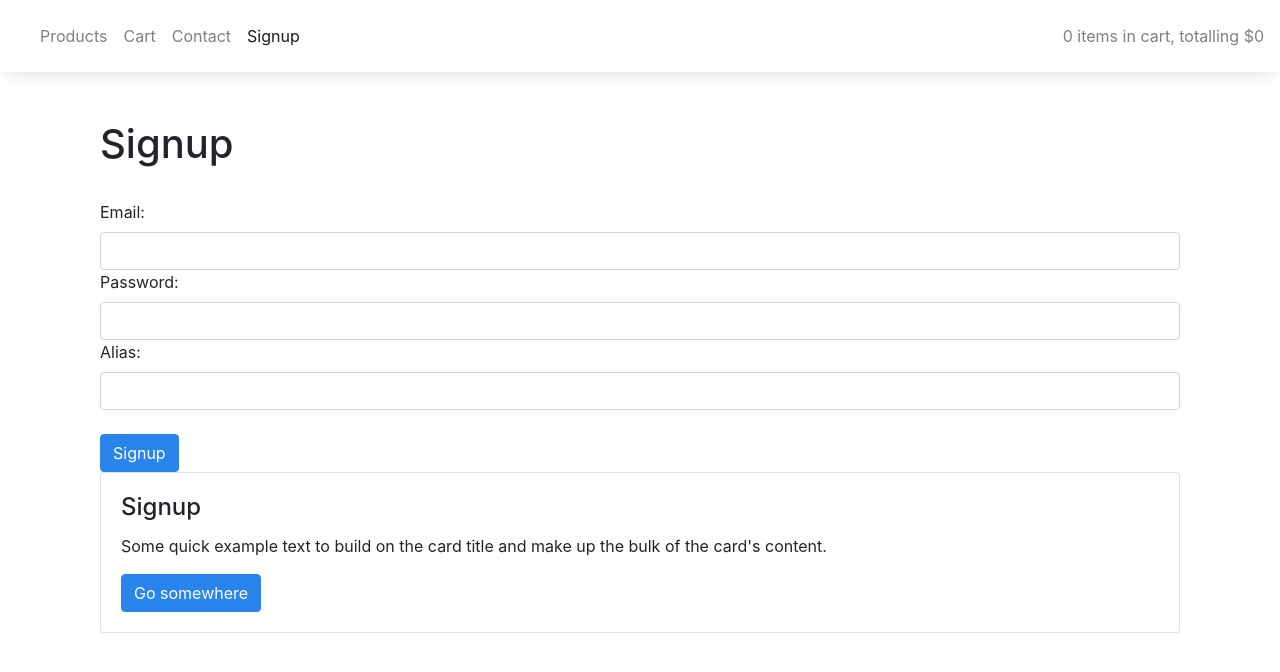
Repository: dayrim/wavecraft
Page: /signup
These files come from the project's save history. The page is drawn as it stood at one moment and after the next save; the edit follows.
The browser window is 1280 px wide. The pictures show the whole page.
The project was rebuilt for these pictures with package versions that can differ from the ones it lists, and the page was loaded fresh each time. Also part of the build but not shown: vue.config.js.

Above is the page before, as saved 2019-04-22 16:06:53.

### public/index.html
<!DOCTYPE html>
<html lang="en">
  <head>
    <meta charset="utf-8">
    <meta http-equiv="X-UA-Compatible" content="IE=edge">
    <meta name="viewport" content="width=device-width,initial-scale=1.0">
    <link rel="icon" href="<%= BASE_URL %>favicon.ico">
    <title>wavecraft-reset</title>
  </head>
  <body>
    <noscript>
      <strong>We're sorry but wavecraft-reset doesn't work properly without JavaScript enabled. Please enable it to continue.</strong>
    </noscript>
    <div id="app"></div>
    <!-- built files will be auto injected -->


  </body>
</html>

### src/main.js
import Vue from "vue";
import App from "./App.vue";
import router from "./router";
import store from "./store";
import BootstrapVue from "bootstrap-vue";

Vue.config.productionTip = false;
Vue.use(BootstrapVue);
Vue.filter("currency", function(value) {
  let formatter = new Intl.NumberFormat("en-US", {
    style: "currency",
    currency: "USD",
    minimumFractionDigits: 0,
  });

  return formatter.format(value);
});

new Vue({
  router,
  store,
  render: h => h(App),
}).$mount("#app");

### src/App.vue
<template>
  <div id="app" :class="{ ready: isPageReady }">
    <b-navbar class="mainNavbar" sticky toggleable="lg" variant="light">
      <b-navbar-brand to="/"></b-navbar-brand>

      <b-navbar-toggle target="nav-collapse"></b-navbar-toggle>

      <b-collapse id="nav-collapse" is-nav>
        <b-navbar-nav>
          <b-nav-item exact active-class="active" to="/">Products</b-nav-item>
          <b-nav-item exact active-class="active" to="/cart">Cart</b-nav-item>
          <b-nav-item exact active-class="active" to="/contact">Contact</b-nav-item>
          <b-nav-item exact active-class="active" to="/signup">Signup</b-nav-item>
        </b-navbar-nav>

        <!-- Right aligned nav items -->
        <b-navbar-nav class="ml-auto">
          <b-nav-text>
            <div class="navbar-text">
              {{ cart.items.length }}
              <span v-if="cart.items.length == 1">item</span><span v-else>items</span> in cart,
              totalling {{ cartTotal | currency }}
            </div></b-nav-text
          >
        </b-navbar-nav>
      </b-collapse>
    </b-navbar>
    <transition name="route" mode="out-in">
      <router-view name="discount"> </router-view>
    </transition>
    <b-container>
      <b-row>
        <b-col>
          <br /><br />
          <transition name="route" mode="out-in">
            <router-view></router-view>
          </transition>
        </b-col>
      </b-row>
    </b-container>
  </div>
</template>

<script>
export default {
  data() {
    return {
      isPageReady: false,
    };
  },
  computed: {
    cart() {
      return this.$store.state.cart;
    },
    cartTotal() {
      return this.$store.getters["cart/cartTotal"];
    },
  },
  mounted: function() {
    this.$nextTick(function() {
      setTimeout(() => {
        this.isPageReady = true;
      }, 0);
    });
  },
};
</script>

<style lang="scss">
.mainNavbar {
  box-shadow: 0px 5px 20px -5px rgba(0, 0, 0, 0.15);
}
.flex {
  display: flex;
}
.flex.flex-column {
  flex-direction: column;
}
.flex.flex-row {
  flex-direction: row;
}
.flex.justify-center {
  justify-content: center;
}
.flex.justify-left {
  justify-content: flex-start;
}
.flex.justify-right {
  justify-content: flex-end;
}
.flex.align-center {
  align-items: center;
}
.flex.align-left {
  align-items: flex-start;
}
.flex.align-right {
  align-items: flex-end;
}
/* Navigation */
.navbar .stats {
  margin-top: 15px;
}
ul {
  list-style: none;
}
.btn {
  margin-right: 20px;
}
input[type="radio"] + label,
input[type="checkbox"] + label {
  font-weight: normal;
}

#app {
  opacity: 0;
  transition: opacity 1s ease;
}

#app.ready {
  opacity: 1;
}

.route-enter-active,
.route-leave-active {
  transition: opacity 0.15s ease;
}

.route-enter,
.route-leave-to {
  opacity: 0;
}
</style>

### src/router/index.js
import Vue from "vue";
import Router from "vue-router";
import routes from "./routes";
Vue.use(Router);

export default new Router({
  mode: "history",
  base: process.env.BASE_URL,
  routes,
});

### src/store/index.js
import Vue from "vue";
import Vuex from "vuex";
import cart from "./modules/cart";

Vue.use(Vuex);

export default new Vuex.Store({
  /**
   * Assign the modules to the store.
   */
  modules: {
    cart,
  },
});

### src/assets/common.scss
@import "node_modules/bootstrap/scss/functions";
@import "node_modules/bootstrap/scss/variables";

$primary-color: #2984ec;
$secondary-color: #601cb9;
$tertiary-color: #222d30;
$default-color: #e9e9e9;
$light-color: #ffffff;
$accent-color: #f0081b;
$warning-color: #f09308;



$red: #dc3545;
$yellow: #ffc107;
$green: #006600; // This is the only variable I wanted to change
$cyan: #17a2b8;

$theme-colors: (
  primary: $primary-color,
  secondary: $tertiary-color,
  success: $secondary-color,
  info: $primary-color,
  warning: $warning-color,
  danger: $accent-color,
  light: $light-color,
  dark: $tertiary-color
);

@import 'node_modules/bootstrap/scss/bootstrap';
@import 'node_modules/bootstrap-vue/src/index.scss';

### src/router/routes.js
const routes = [
  {
    path: "",
    components: {
      default: () => import(/* webpackChunkName: "ProductList" */ "@/components/ProductList.vue"),
      discount: () =>
        import(/* webpackChunkName: "SpecialOffer" */ "@/components/SpecialOffer.vue"),
    },
  },
  {
    path: "/cart",
    component: () => import(/* webpackChunkName: "Cart" */ "@/components/Cart.vue"),
    alias: "/shopping-cart",
  },
  {
    path: "/signup",
    component: () => import(/* webpackChunkName: "Singup" */ "@/components/Signup.vue"),
    alias: "/sign-up",
  },
  {
    path: "/product/:productId",
    props: true,
    name: "Product",
    component: () => import(/* webpackChunkName: "Product" */ "@/components/Product.vue"),
    children: [
      {
        path: "details",
        name: "ViewProduct",
        props: true,
        component: () =>
          import(/* webpackChunkName: "ViewProduct" */ "@/components/ViewProduct.vue"),
      },
      {
        path: "reviews",
        name: "ProductReviews",
        props: true,
        component: () =>
          import(/* webpackChunkName: "ProductReviews" */ "@/components/ProductReviews.vue"),
      },
    ],
  },

  {
    path: "/contact",
    component: () => import(/* webpackChunkName: "Contact" */ "@/components/Contact.vue"),
  },
  {
    path: "/*",
    component: () => import(/* webpackChunkName: "PageNotFound" */ "@/components/PageNotFound.vue"),
  },
];

export default routes;

### src/store/modules/cart/index.js
import actions from "./actions";
import getters from "./getters";
import mutations from "./mutations";
import state from "./state";

export default {
  namespaced: true,
  actions,
  getters,
  mutations,
  state,
};

### src/components/Signup.vue
<template>
  <b-container fluid>
    <h1>Signup</h1>
    <br />

    <label for="email">Email:</label>
    <b-form-input id="email" type="text"></b-form-input>
    <label for="password">Password:</label>
    <b-form-input id="password" type="text"></b-form-input>
    <label for="alias">Alias:</label>
    <b-form-input id="alias" type="text"></b-form-input>
    <br />
    <b-button variant="primary">Signup</b-button>

    <b-card title="Signup">
      <b-card-text>
        Some quick example text to build on the card title and make up the bulk of the card's
        content.
      </b-card-text>

      <b-button href="#" variant="primary">Go somewhere</b-button>
    </b-card>
  </b-container>
</template>

<script>
export default {
  data() {
    return {};
  },
};
</script>

<style lang="scss"></style>

### src/store/modules/cart/actions.js
import * as Mutate from "./mutation-types";

export const addProductToCart = ({ commit, getters }, payload) => {
  let cartItem = getters.getCartItem(payload.product);
  payload.cartItem = cartItem;

  if (cartItem == null) {
    payload.cartItem = getters.getCartItem(payload.product);
    commit(Mutate.ADD_PRODUCT_TO_CART, payload);
  } else {
    commit(Mutate.INCREASE_PRODUCT_QUANTITY, payload);
  }
};

export const checkout = ({ commit }) => {
  commit(Mutate.CHECKOUT);
};

export default {
  addProductToCart,
  checkout,
};

### src/store/modules/cart/getters.js
export default {
  cartTotal: state => {
    let total = 0;

    state.items.forEach(function(item) {
      total += item.product.price * item.quantity;
    });
    return total;
  },
  getCartItem: state => product => {
    for (let i = 0; i < state.items.length; i++) {
      if (state.items[i].product.id === product.id) {
        return state.items[i];
      }
    }
    return null;
  },
  taxAmount: (state, getters) => percentage => (getters.cartTotal * percentage) / 100,
};

### src/store/modules/cart/mutations.js
import { CHECKOUT, ADD_PRODUCT_TO_CART, INCREASE_PRODUCT_QUANTITY } from "./mutation-types";

export default {
  [CHECKOUT](state) {
    state.items.forEach(function(item) {
      item.product.inStock += item.quantity;
    });

    state.items = [];
  },
  [ADD_PRODUCT_TO_CART]: (state, payload) => {
    state.items.push({
      product: payload.product,
      quantity: payload.quantity,
    });

    payload.product.inStock -= payload.quantity;
  },
  [INCREASE_PRODUCT_QUANTITY]: (state, payload) => {
    payload.cartItem.quantity += payload.quantity;
    payload.product.inStock -= payload.quantity;
  },
};

### src/store/modules/cart/state.js
export default {
  items: [],
};

### src/store/modules/cart/mutation-types.js
export const ADD_PRODUCT_TO_CART = "addProductToCart";
export const CHECKOUT = "checkout";
export const INCREASE_PRODUCT_QUANTITY = "increaseQuantity";

export default {
  ADD_PRODUCT_TO_CART,
  CHECKOUT,
  INCREASE_PRODUCT_QUANTITY,
};

After the next save:
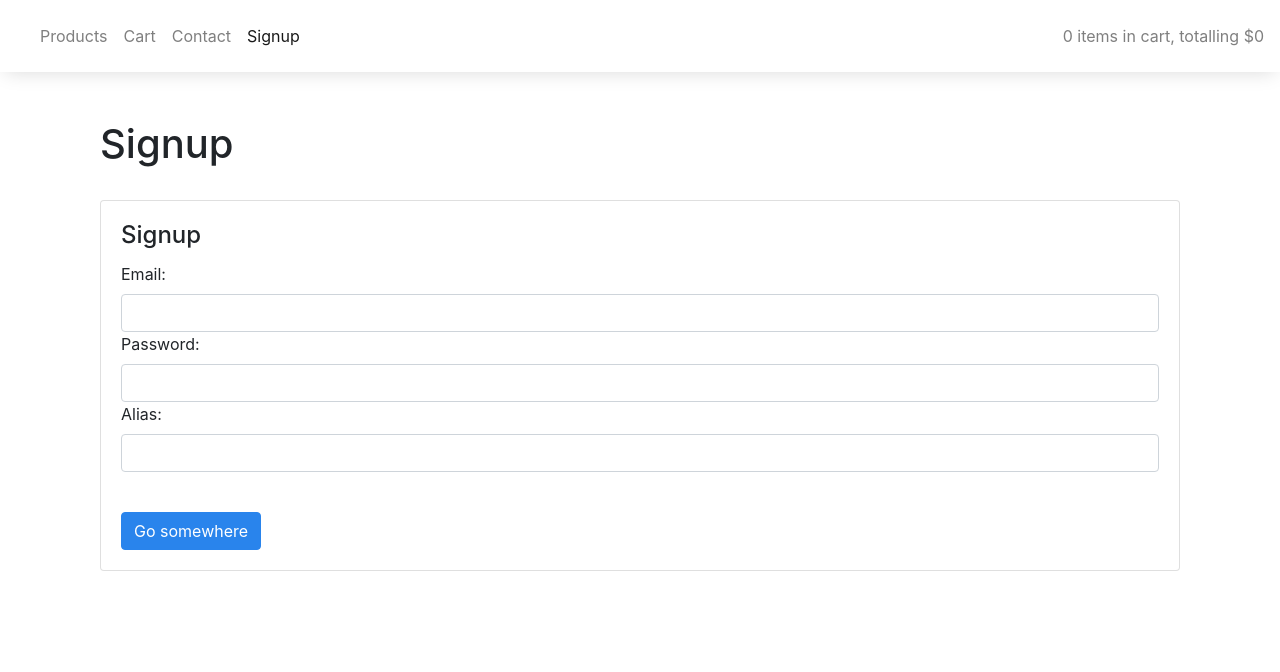
Saved 9 s later.
--- a/src/components/Signup.vue
+++ b/src/components/Signup.vue
@@ -3,19 +3,15 @@
     <h1>Signup</h1>
     <br />
 
-    <label for="email">Email:</label>
-    <b-form-input id="email" type="text"></b-form-input>
-    <label for="password">Password:</label>
-    <b-form-input id="password" type="text"></b-form-input>
-    <label for="alias">Alias:</label>
-    <b-form-input id="alias" type="text"></b-form-input>
-    <br />
-    <b-button variant="primary">Signup</b-button>
-
     <b-card title="Signup">
       <b-card-text>
-        Some quick example text to build on the card title and make up the bulk of the card's
-        content.
+        <label for="email">Email:</label>
+        <b-form-input id="email" type="text"></b-form-input>
+        <label for="password">Password:</label>
+        <b-form-input id="password" type="text"></b-form-input>
+        <label for="alias">Alias:</label>
+        <b-form-input id="alias" type="text"></b-form-input>
+        <br />
       </b-card-text>
 
       <b-button href="#" variant="primary">Go somewhere</b-button>
